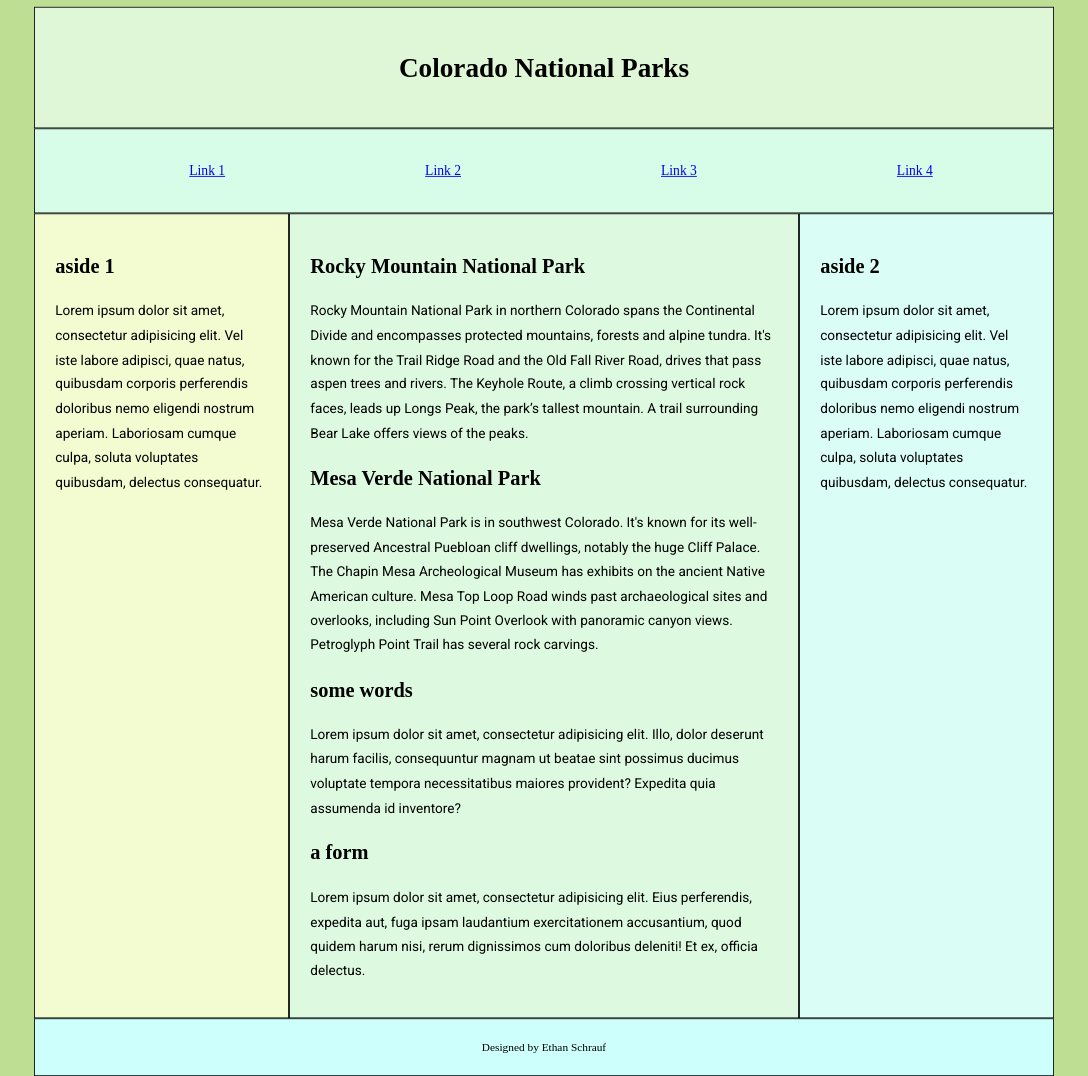
Repository: ethan-schrauf/UniversalDesignWebsite
Page: lab4.html
An editor plug-in stored every save of this project. The page is shown before and after the next save, followed by the edit.
The browser window is 1280 px wide. The pictures show the whole page, at 85% of full size.

Above is the page before, as saved 2023-10-24 21:37:52.

After the next save:
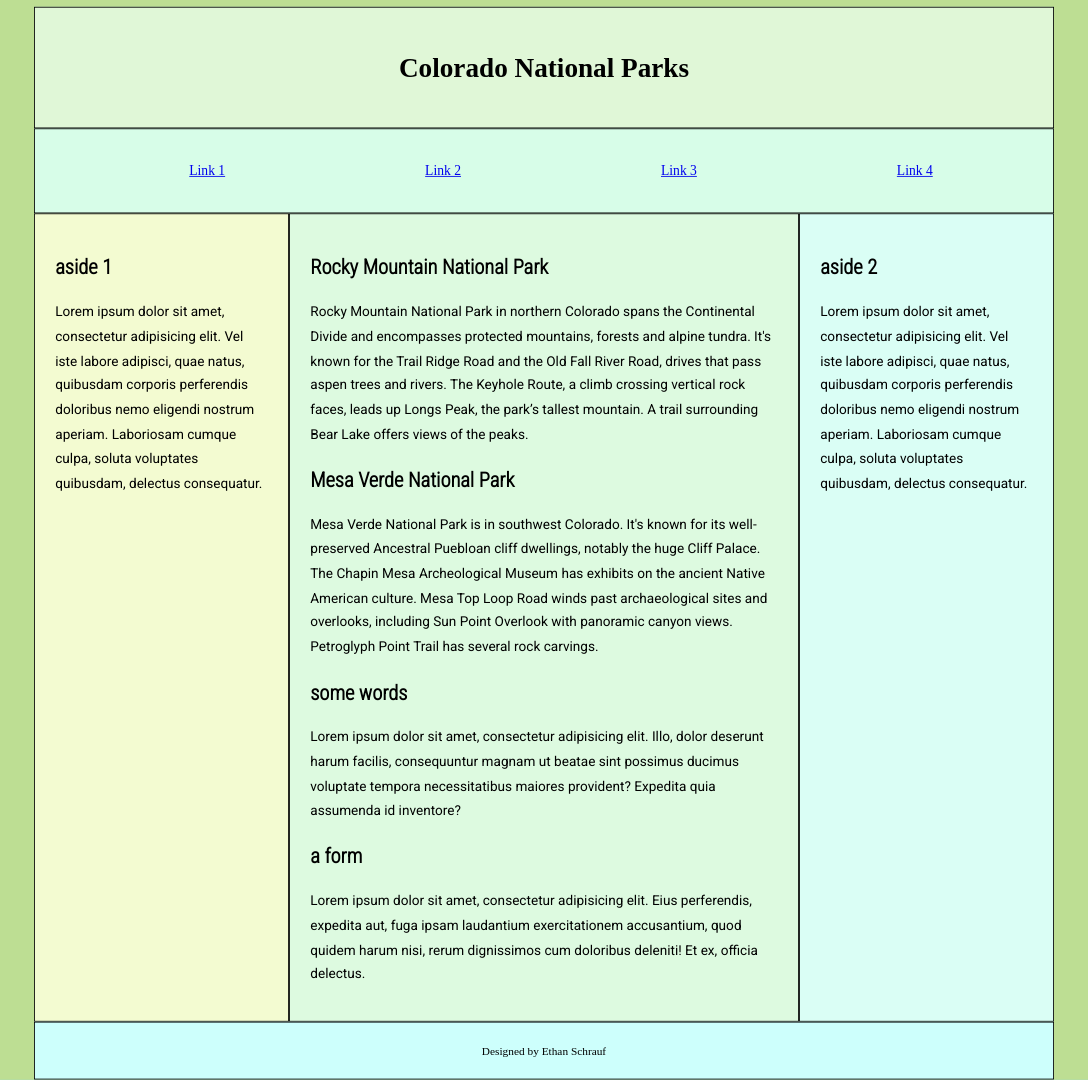
Saved 104 s later.
--- a/lab4.css
+++ b/lab4.css
@@ -1,4 +1,5 @@
 @import url('https://fonts.googleapis.com/css2?family=Roboto&display=swap');
+@import url('https://fonts.googleapis.com/css2?family=Roboto&family=Roboto+Condensed:wght@300&display=swap');
 
 body {
     background: rgb(189, 222, 147);
@@ -117,3 +118,7 @@ nav ul {
     p {
         font-family: 'Roboto', sans-serif;
     }
+
+    h2 {
+        font-family: 'Roboto Condensed', sans-serif;
+    }
